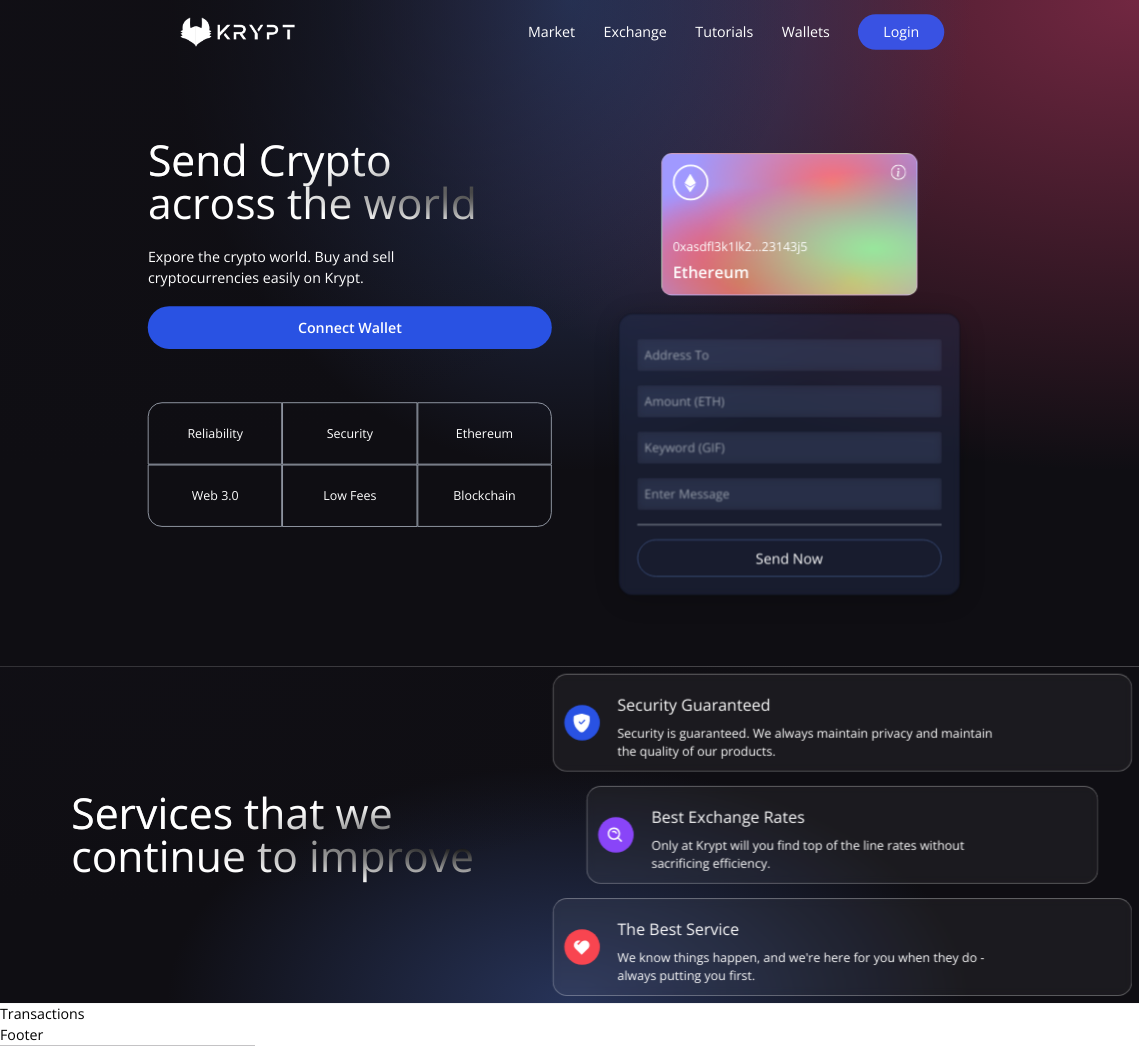
Repository: stephan-chiorean/krypt
Page: / (app in client/)
The author's editor kept a copy of each file at every save. The page is drawn from the files as they stood at one save, then again after the next save.
The browser window is 1280 px wide. The pictures show the whole page, at 89% of full size.
The project was rebuilt for these pictures with package versions that can differ from the ones it lists, and the page was loaded fresh each time. Also part of the build but not shown: client/vite.config.js, client/src/components/Loader.jsx.

Above is the page before, as saved 2023-03-29 19:19:34.

After the next save:
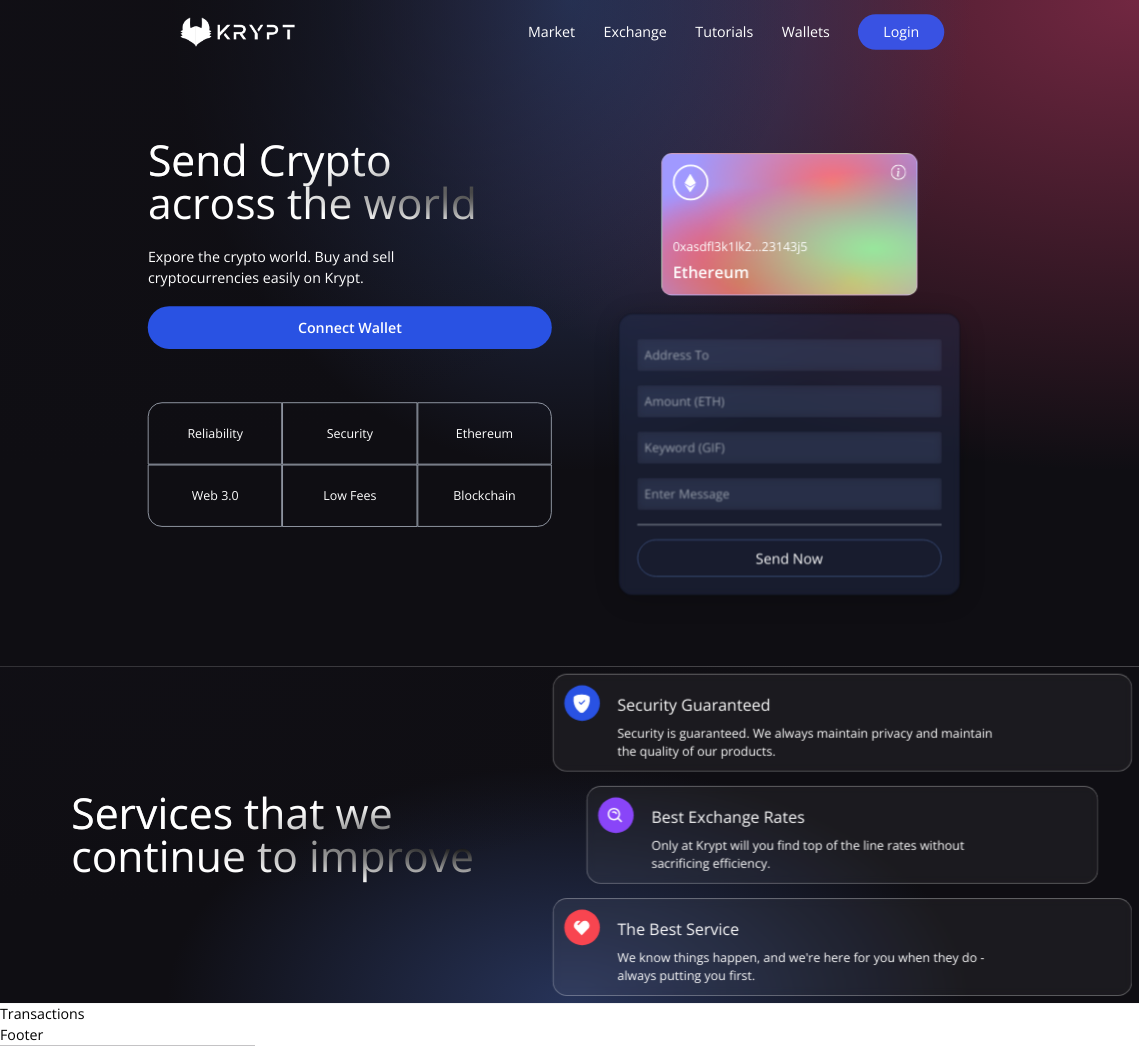
Saved 3 min 0 s later.
--- a/client/src/components/Services.jsx
+++ b/client/src/components/Services.jsx
@@ -4,7 +4,7 @@
 import { RiHeart2Fill } from 'react-icons/ri';
 
 const ServiceCard = ({color, title, icon, subtitle}) => (
-  <div className='flex flex-row justify-start items-center white-glassmorphism p-3 m-2 cursor-pointer hover:shadow-xl'>
+  <div className='flex flex-row justify-start items-start white-glassmorphism p-3 m-2 cursor-pointer hover:shadow-xl'>
     <div className={`w-10 h-10 rounded-full flex justify-center items-center ${color}`}>
       {icon}
 

After the save that followed:
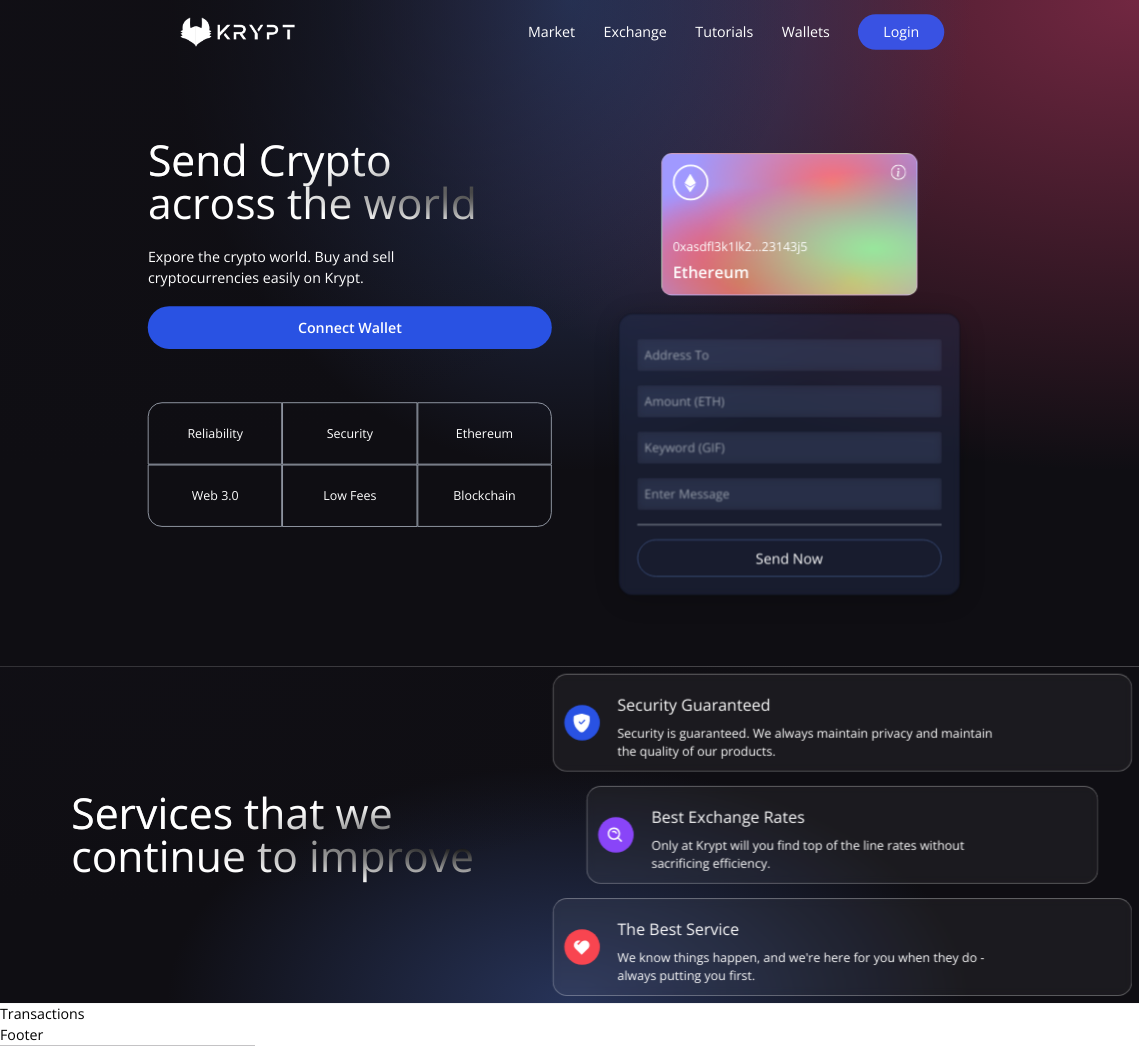
Saved 12 s later.
--- a/client/src/components/Services.jsx
+++ b/client/src/components/Services.jsx
@@ -4,7 +4,7 @@
 import { RiHeart2Fill } from 'react-icons/ri';
 
 const ServiceCard = ({color, title, icon, subtitle}) => (
-  <div className='flex flex-row justify-start items-start white-glassmorphism p-3 m-2 cursor-pointer hover:shadow-xl'>
+  <div className='flex flex-row justify-start items-center white-glassmorphism p-3 m-2 cursor-pointer hover:shadow-xl'>
     <div className={`w-10 h-10 rounded-full flex justify-center items-center ${color}`}>
       {icon}
 
